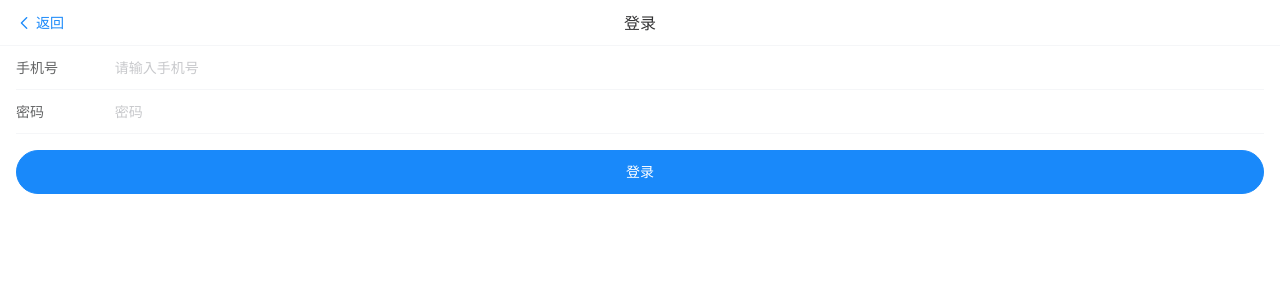
Repository: qiu-tian-l/edu-modile
Page: /#/login
These files come from the project's save history. The page is drawn as it stood at one moment and after the next save; the edit follows.
The browser window is 1280 px wide. The pictures show the whole page.
The project was rebuilt for these pictures with package versions that can differ from the ones it lists, and the page was loaded fresh each time.

Above is the page before, as saved 2021-12-05 00:02:38.

After the next save:
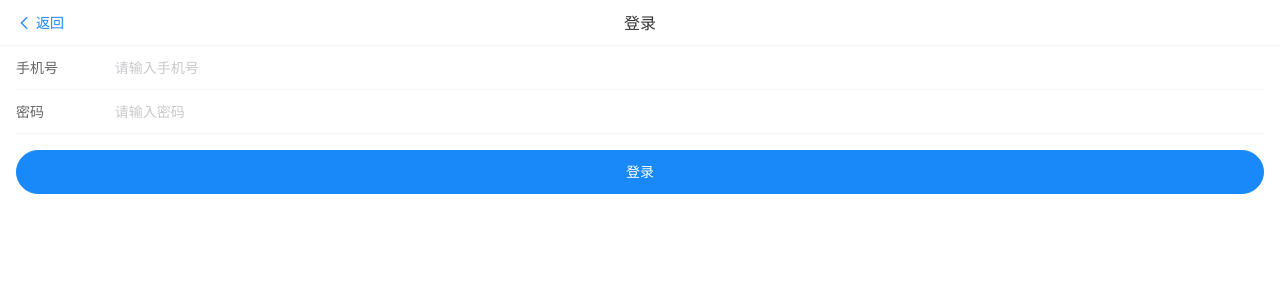
Saved 34 s later.
--- a/src/views/login/index.vue
+++ b/src/views/login/index.vue
@@ -25,7 +25,7 @@
         type="password"
         name="password"
         label="密码"
-        placeholder="密码"
+        placeholder="请输入密码"
         :rules="[{
           required: true,
           message: '请填写密码'
